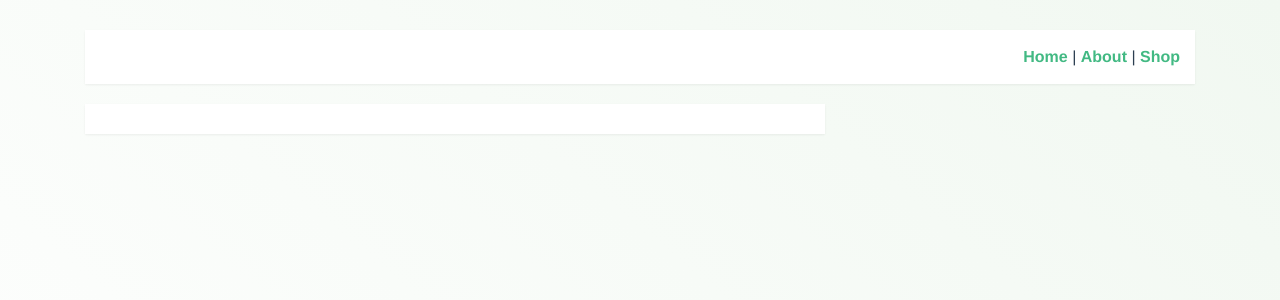
Repository: ramcd86/vuetest
Page: /#/shop
An editor plug-in stored every save of this project. The page is shown before and after the next save, followed by the edit.
The browser window is 1280 px wide. The pictures show the whole page.
Some web libraries are served in a nearby version. The project was rebuilt for these pictures with package versions that can differ from the ones it lists, and the page was loaded fresh each time. Requests to the local data server were answered from the project's data file. Also part of the build but not shown: src/components/HelloWorld.vue, src/views/Home.vue.

Above is the page before, as saved 2019-07-08 14:41:09.

### public/index.html
<!DOCTYPE html>
<html lang="en">
  <head>
    <meta charset="utf-8">
    <meta http-equiv="X-UA-Compatible" content="IE=edge">
    <meta name="viewport" content="width=device-width,initial-scale=1.0">
    <link rel="icon" href="<%= BASE_URL %>favicon.ico">
    <link href="https://stackpath.bootstrapcdn.com/bootstrap/4.3.1/css/bootstrap.min.css" rel="stylesheet" integrity="sha384-ggOyR0iXCbMQv3Xipma34MD+dH/1fQ784/j6cY/iJTQUOhcWr7x9JvoRxT2MZw1T" crossorigin="anonymous">
    <title>storeapp</title>
    <style>
    body {
      margin: 0px;
      padding: 0px;
    }
    .container-fluid {
      background: rgb(241,248,241);
      background: -moz-linear-gradient(220deg, rgba(241,248,241,1) 0%, rgba(255,255,255,1) 100%);
      background: -webkit-linear-gradient(220deg, rgba(241,248,241,1) 0%, rgba(255,255,255,1) 100%);
      background: linear-gradient(220deg, rgba(241,248,241,1) 0%, rgba(255,255,255,1) 100%);
      filter: progid:DXImageTransform.Microsoft.gradient(startColorstr="#f1f8f1",endColorstr="#ffffff",GradientType=1);
      min-height: 100vh;
      padding-bottom: 200px;
    }
    </style>
  </head>
  <body>
    <noscript>
      <strong>We're sorry but storeapp doesn't work properly without JavaScript enabled. Please enable it to continue.</strong>
    </noscript>
    <main  class="container-fluid">
    <div id="app"></div>
  </main>
    <!-- built files will be auto injected -->
    <script src="https://kit.fontawesome.com/5e1ed9e834.js"></script>

  </body>
</html>

### src/App.vue
<template>
  <div id="app">
    <div id="nav" class="container">
    <div class="row">
      <div class="col-12 block text-right">
            <router-link to="/">Home</router-link> |
            <router-link to="/about">About</router-link> |
            <router-link :to="{ name: 'shop', params: { queryData } }">Shop</router-link>
      </div>
    </div>
        <router-view />
    </div>

  </div>
</template>


<script>
import { get, post } from "@/helpers/Utilities.js";

export default {


  data() {
    return {
      get: get,
      post: post,

      queryData:  {
        shirts: '',
        shoes: ''
      }
    };
  },

  created() {
    this.get("http://localhost:3000/shirts").then(resp => {
      this.queryData.shirts = JSON.parse(resp);
    });
    this.get("http://localhost:3000/shoes").then(resp => {
      this.queryData.shoes = JSON.parse(resp);
    });

  },

  methods: {},

  mounted() {
    console.log(this.queryData);
  }
};
</script>


<style lang="scss">

.block {
  background-color: #fff;
  padding: 15px;
  // border-radius: 10px;
    box-shadow: 0 1px 3px rgba(0,0,0,0.03), 0 1px 2px rgba(0,0,0,0.03);
  transition: all 0.3s cubic-bezier(.25,.8,.25,1);
  margin-bottom: 20px
}

#app {
  font-family: "Avenir", Helvetica, Arial, sans-serif;
  -webkit-font-smoothing: antialiased;
  -moz-osx-font-smoothing: grayscale;
  // text-align: center;
  color: #2c3e50;
}
#nav {
  padding: 30px;
  a {
    font-weight: bold;
    color: #42b983;
    &.router-link-exact-active {
      color: #42b983;
    }
  }
}
</style>

### src/router.js
import Vue from 'vue'
import Router from 'vue-router'
import Home from './views/Home.vue'
import Shop from './views/Shop.vue'

Vue.use(Router)

export default new Router({
  routes: [
    {
      path: '/',
      name: 'home',
      component: Home
    },
    {
      path: '/shop',
      name: 'shop',
      component: Shop,
      props: true
    },
    {
      path: '/about',
      name: 'about',
      // route level code-splitting
      // this generates a separate chunk (about.[hash].js) for this route
      // which is lazy-loaded when the route is visited.
      component: () => import(/* webpackChunkName: "about" */ './views/About.vue')
    }
  ]
})

### src/helpers/Utilities.js
export const logger = (arg) => {
    console.log(arg);
}


export const post = (value) => {
    return new Promise((resolve, reject) => {
        const request = new XMLHttpRequest();
        request.timeout = 2000;
        request.open('POST', value.url, true);
        request.setRequestHeader('Content-Type', 'application/x-www-form-urlencoded; charset=UTF-8');
        request.send(value.data);
        request.onreadystatechange = (e) => {
            if (request.readyState === 4) {
                if (request.status === 200) {
                    resolve(request.response);
                } else {
                    reject(request.status);
                }
            }
        };
        request.timeout = () => {
            reject("The operation timed out.");
        };
    });

}

export const get = (url) => {
    return new Promise((resolve, reject) => {
        const request = new XMLHttpRequest();
        request.timeout = 2000;
        request.onreadystatechange = function (e) {
            if (request.readyState === 4) {
                if (request.status === 200) {
                    resolve(request.response);
                } else {
                    reject(request.status);
                }
            }
        };
        request.ontimeout = function () {
            reject("The operation timed out.");
        };
        request.open('get', url, true);
        request.send();
    });
}

### src/views/Shop.vue

// Template
<template>
    <div class="row">
    <div class="col-8 block text-left">
        <ProductList v-bind:products="queryData"></ProductList>
    </div>
    <div class="col-4">
        <CheckoutStageOne></CheckoutStageOne>
    </div>

    </div>
</template>

// Script
<script>

import ProductList from '@/components/ProductList.vue'
import CheckoutStageOne from '@/components/CheckoutStageOne.vue'

export default {

    components: {
        ProductList,
        CheckoutStageOne
    },

    name: 'shop',

    props: ['queryData'],

    data() {
        return {
            dataSet: [],
            inputData: ''
            }
    },

    created() {
        this.dataSet = this.queryData;
    },

    mounted() {
        // console.log(this.dataSet);
    },

    // watch: {
    //     inputData(val) {
    //         console.log(val)
    //     }
    // }
}
</script>

// Style
<style lang="scss" scoped>


</style>

### src/components/ProductList.vue

// Template
<template>
    <div class="row">
        <div class="col-12">
        <div class="row">
                <div class="col-12 header">See our range of Shirts!</div>
                <div class="col-4 clothing-item" v-for="item in products.shirts" v-bind:key="item.id">

                    <div class="col-12 text-center"><i class="fab fa-shirtsinbulk"></i></div>

                    <div class="col-12 text-center"><h2>{{item.shirtName}}</h2></div>

                    <div class="col-12 form-group">
                        <label for="shirtColor">Shirt Color:</label>
                        <select id="shirtColor" class="form-control">
                            <option v-for="(color, index) in item.shirtColor" :key="`color-${index}`" :value="color">{{color}}</option>
                        </select>
                    </div>
                    <div class="col-12 form-group">
                        <label for="shirtSize">Shirt Size:</label>
                        <select id="shirtSize" class="form-control">
                            <option v-for="(size, index) in item.shirtSize" :key="`size-${index}`" :value="size">{{size}}</option>
                        </select>
                    </div>
                    <div class="col-12">
                        <div class="row">
                            <div class="col-12 text-center"><h3>£{{item.price}}</h3></div>
                        </div>
                    </div>


                </div>
        </div>

        </div>
    </div>
</template>

// Script
<script>
export default {
    name: 'productlist',

    props: {
        products: Object
    },

    data() {
        return {
            productData: [],
            // productData: ''
            }
    },

    created() {
        this.dataSet = this.productData;
    },

    mounted() {
        console.log(this.products.shirts);
    },

    watch: {
        inputData(val) {
            console.log(val)
        }
    }
}
</script>

// Style
<style lang="scss" scoped>

    label {
        font-size: 14px;
        font-weight: 300;
    }

    .header {
        background-color: rgb(252, 252, 252);
        // margin-left: 15px;
        font-size: 22px;
        font-weight: 600;
        padding: 10px;
        margin-bottom: 15px;
        box-shadow: 0 1px 3px rgba(0,0,0,0.03), 0 1px 2px rgba(0,0,0,0.03);
        transition: all 0.3s cubic-bezier(.25,.8,.25,1);
    }

    i {
        font-size: 160px;
        margin-top: 10px;
        margin-bottom: 10px;
        color: #555;
    }

    h2 {
        font-size: 26px;
        font-weight: 900;
    }

    h3 {
        padding-top: 3px;
        font-size: 22px;
        color: green;
        font-weight: 600;
    }

    .clothing-item {
        margin: {
            top: 10px;
            bottom: 45px;
        }
        padding-bottom: 10px;
        border-bottom: 10px solid white;
        &:hover {
            background-color: rgb(247, 255, 248);
            cursor: pointer;
            border-bottom: 10px solid #eee;
            h3 {
                text-decoration: underline;
            }
            i {
                color: green;
            }
        }
    }

</style>

### src/components/CheckoutStageOne.vue
<template>
    <div class="row">
        <div class="col-12">
            <h2>Basket</h2>
        </div>
        <div :if="selectedProducts" class="col-12">
            <span class="checkout-item">{{selectedProducts.name}}</span>
            <span class="checkout-item">{{selectedProducts.size}}</span>
            <span class="checkout-item">{{selectedProducts.color}}</span>
            <span class="checkout-item">{{selectedProducts.price}}</span>
            <span class="checkout-item">{{selectedProducts.quantity}}</span>
        </div>
    </div>
</template>

<script>
export default {
    name: 'checkoutstageone',

    props: {
        selectedProducts: Object
    },

    data() {
        return {

        }
    }
}
</script>

<style lang="sass" scoped>

    // .checkout-item {
    //     display: block;
    // }

</style>

### src/mock/db.json
{
  "employees": [
    {
      "id": 1,
      "first_name": "Sebastian",
      "last_name": "Eschweiler",
      "email": "sebastian@codingthesmartway.com"
    },
    {
      "id": 2,
      "first_name": "Steve",
      "last_name": "Palmer",
      "email": "steve@codingthesmartway.com"
    },
    {
      "id": 3,
      "first_name": "Ann",
      "last_name": "Smith",
      "email": "ann@codingthesmartway.com"
    }
  ],
  "shirts": [
    {
      "id": 1,
      "shirtName": "Long Polo",
      "shirtColor": ["Black", "White", "Hawaiian", "Blue", "Yellow", "Red", "Green"],
      "shirtSize": ["XXS", "XS", "S", "M", "L", "XL", "XXL"],
      "price": 10.99
    },
    {
        "id": 2,
        "shirtName": "V-Neck Cuff",
        "shirtColor": ["Black", "White", "Hawaiian", "Blue", "Yellow", "Red", "Green"],
        "shirtSize": ["XXS", "XS", "S", "M", "L", "XL", "XXL"],
        "price": 9.99
      },
      {
        "id": 3,
        "shirtName": "Patch Tee",
        "shirtColor": ["Black", "White", "Hawaiian", "Blue", "Yellow", "Red", "Green"],
        "shirtSize": ["XXS", "XS", "S", "M", "L", "XL", "XXL"],
        "price": 13.99
      },
      {
        "id": 4,
        "shirtName": "High Tee",
        "shirtColor": ["Black", "White", "Hawaiian", "Blue", "Yellow", "Red", "Green"],
        "shirtSize": ["XXS", "XS", "S", "M", "L", "XL", "XXL"],
        "price": 19.99
      },
      {
        "id": 5,
        "shirtName": "Low Tee",
        "shirtColor": ["Black", "White", "Hawaiian", "Blue", "Yellow", "Red", "Green"],
        "shirtSize": ["XXS", "XS", "S", "M", "L", "XL", "XXL"],
        "price": 20.99
      },
      {
        "id": 6,
        "shirtName": "Round Cut",
        "shirtColor": ["Black", "White", "Hawaiian", "Blue", "Yellow", "Red", "Green"],
        "shirtSize": ["XXS", "XS", "S", "M", "L", "XL", "XXL"],
        "price": 16.99
      },
      {
        "id": 7,
        "shirtName": "Short Cut",
        "shirtColor": ["Black", "White", "Hawaiian", "Blue", "Yellow", "Red", "Green"],
        "shirtSize": ["XXS", "XS", "S", "M", "L", "XL", "XXL"],
        "price": 12.99
      },
      {
        "id": 8,
        "shirtName": "Button Trim",
        "shirtColor": ["Black", "White", "Hawaiian", "Blue", "Yellow", "Red", "Green"],
        "shirtSize": ["XXS", "XS", "S", "M", "L", "XL", "XXL"],
        "price": 7.99
      },
      {
        "id": 9,
        "shirtName": "High Top Cut",
        "shirtColor": ["Black", "White", "Hawaiian", "Blue", "Yellow", "Red", "Green"],
        "shirtSize": ["XXS", "XS", "S", "M", "L", "XL", "XXL"],
        "price": 5.99
      }
  ],
  "shoes": [
    {
      "id": 1,
      "shirtName": "Nike Run",
      "shirtColor": ["Street", "Green", "Rainbow", "Panther", "Cammo", "Sports", "Electric"],
      "shirtSize": [4, 5, 6, 7, 8, 9, 10, 11, 12, 13],
      "price": 59.99
    },
    {
        "id": 2,
        "shirtName": "Asics Treader",
        "shirtColor": ["Street", "Green", "Rainbow", "Panther", "Cammo", "Sports", "Electric"],
        "shirtSize": [4, 5, 6, 7, 8, 9, 10, 11, 12, 13],
        "price": 49.99
      },
      {
        "id": 3,
        "shirtName": "Reebok Feet",
        "shirtColor": ["Street", "Green", "Rainbow", "Panther", "Cammo", "Sports", "Electric"],
        "shirtSize": [4, 5, 6, 7, 8, 9, 10, 11, 12, 13],
        "price": 99.99
      },
      {
        "id": 4,
        "shirtName": "Addidias Hiker",
        "shirtColor": ["Street", "Green", "Rainbow", "Panther", "Cammo", "Sports", "Electric"],
        "shirtSize": [4, 5, 6, 7, 8, 9, 10, 11, 12, 13],
        "price": 39.99
      },
      {
        "id": 5,
        "shirtName": "Maran AmBUlates",
        "shirtColor": ["Street", "Green", "Rainbow", "Panther", "Cammo", "Sports", "Electric"],
        "shirtSize": [4, 5, 6, 7, 8, 9, 10, 11, 12, 13],
        "price": 149.99
      },
      {
        "id": 6,
        "shirtName": "House Sprinters",
        "shirtColor": ["Street", "Green", "Rainbow", "Panther", "Cammo", "Sports", "Electric"],
        "shirtSize": [4, 5, 6, 7, 8, 9, 10, 11, 12, 13],
        "price": 89.99
      },
      {
        "id": 7,
        "shirtName": "Dukang Ionics",
        "shirtColor": ["Street", "Green", "Rainbow", "Panther", "Cammo", "Sports", "Electric"],
        "shirtSize": [4, 5, 6, 7, 8, 9, 10, 11, 12, 13],
        "price": 239.99
      },
      {
        "id": 8,
        "shirtName": "Yeezy's",
        "shirtColor": ["Street", "Green", "Rainbow", "Panther", "Cammo", "Sports", "Electric"],
        "shirtSize": [4, 5, 6, 7, 8, 9, 10, 11, 12, 13],
        "price": 239.99
      },
      {
        "id": 9,
        "shirtName": "Fetchwear Black Opal",
        "shirtColor": ["Black", "White", "Hawaiian", "Blue", "Yellow", "Red", "Green"],
        "shirtSize": ["XXS", "XS", "S", "M", "L", "XL", "XXL"],
        "price": 74.99
      }
  ]
}

Loaded but not shown: src/main.js (common file)

After the next save:
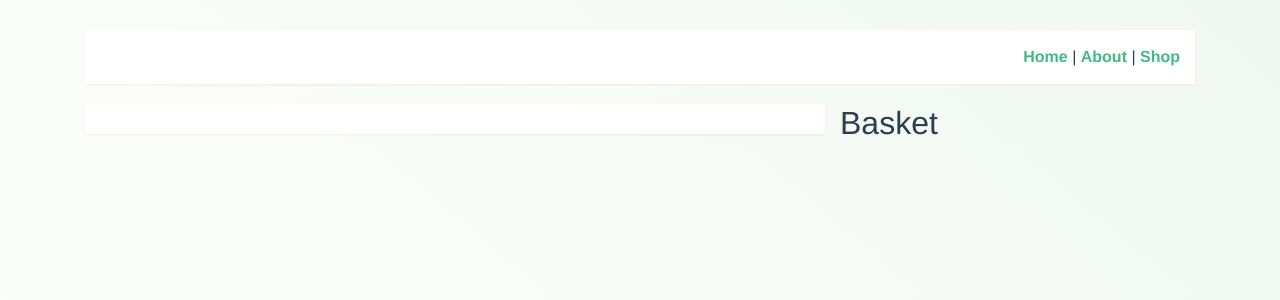
Saved 36 s later.
--- a/src/components/CheckoutStageOne.vue
+++ b/src/components/CheckoutStageOne.vue
@@ -3,7 +3,7 @@
         <div class="col-12">
             <h2>Basket</h2>
         </div>
-        <div :if="selectedProducts" class="col-12">
+        <div v-if="selectedProducts" class="col-12">
             <span class="checkout-item">{{selectedProducts.name}}</span>
             <span class="checkout-item">{{selectedProducts.size}}</span>
             <span class="checkout-item">{{selectedProducts.color}}</span>
